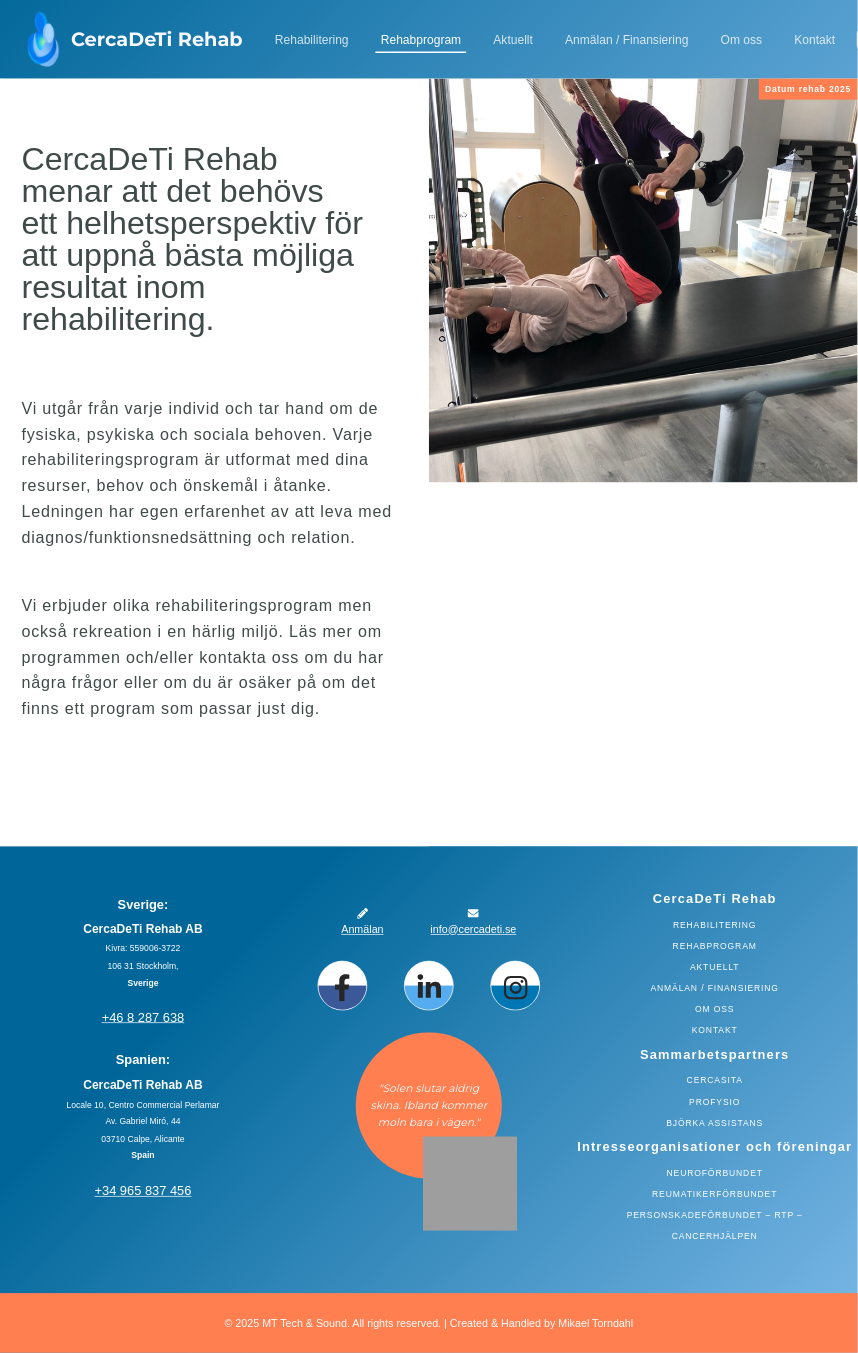
Repository: micketorndahl/CercaDeTi-rehab
Page: Rehabprogram.html
An editor plug-in stored every save of this project. The page is shown before and after the next save, followed by the edit.
The browser window is 1280 px wide. The pictures show the whole page, at 67% of full size.
Pictures or frames that could not be fetched are drawn as grey boxes. The page's requests for data from a server got no answer. Some web fonts or font styles are not loaded; a fallback is used. Some web libraries are served in a nearby version.

Above is the page before, as saved 2025-02-07 02:56:09.
Console error: TypeError: Cannot set properties of null (setting 'innerHTML')

After the next save:
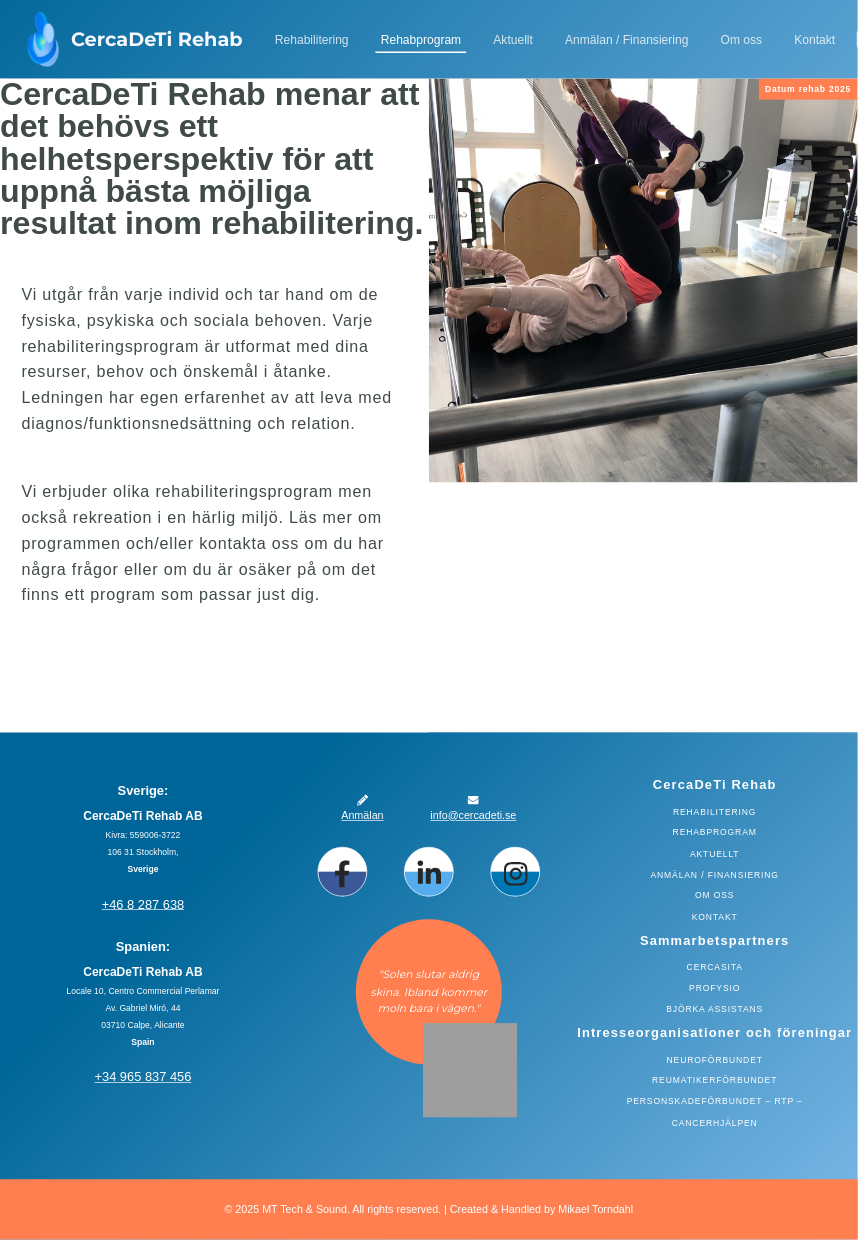
Saved 48 s later.
--- a/css/typography.css
+++ b/css/typography.css
@@ -124,8 +124,19 @@
   color: var(--text-dark);
 }
 
-.omoss h2,
+,
 .rehabprogram h2 {
+  font-size: 3rem;
+  font-weight: 500;
+  color: var(--text-gray);
+  text-align: left;
+  margin-left: var(--margin);
+  padding-top: var(--padding-top);
+  padding-bottom: 2vmax;
+  width: 80%;
+}
+
+.omoss h2 {
   font-size: 3rem;
   font-weight: 500;
   color: var(--text-gray);

After the 2 saves that followed:
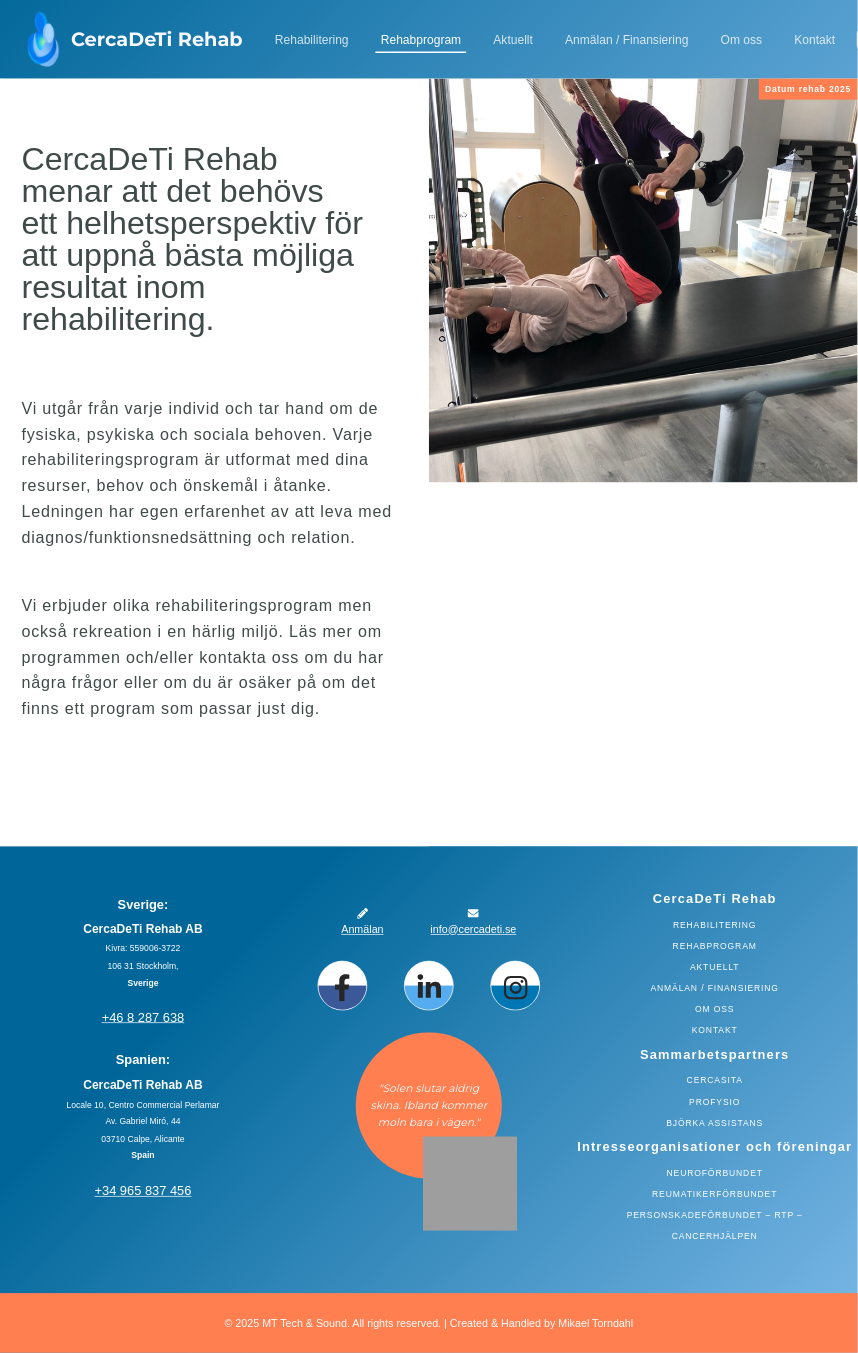
The 2 saves are shown as one change because 1 left the picture as it was.
The last was saved 18 s later.
--- a/css/typography.css
+++ b/css/typography.css
@@ -124,7 +124,6 @@
   color: var(--text-dark);
 }
 
-,
 .rehabprogram h2 {
   font-size: 3rem;
   font-weight: 500;
@@ -142,7 +141,6 @@
   color: var(--text-gray);
   text-align: left;
   margin-left: var(--margin);
-  padding-top: var(--padding-top);
   padding-bottom: 2vmax;
   width: 80%;
 }
